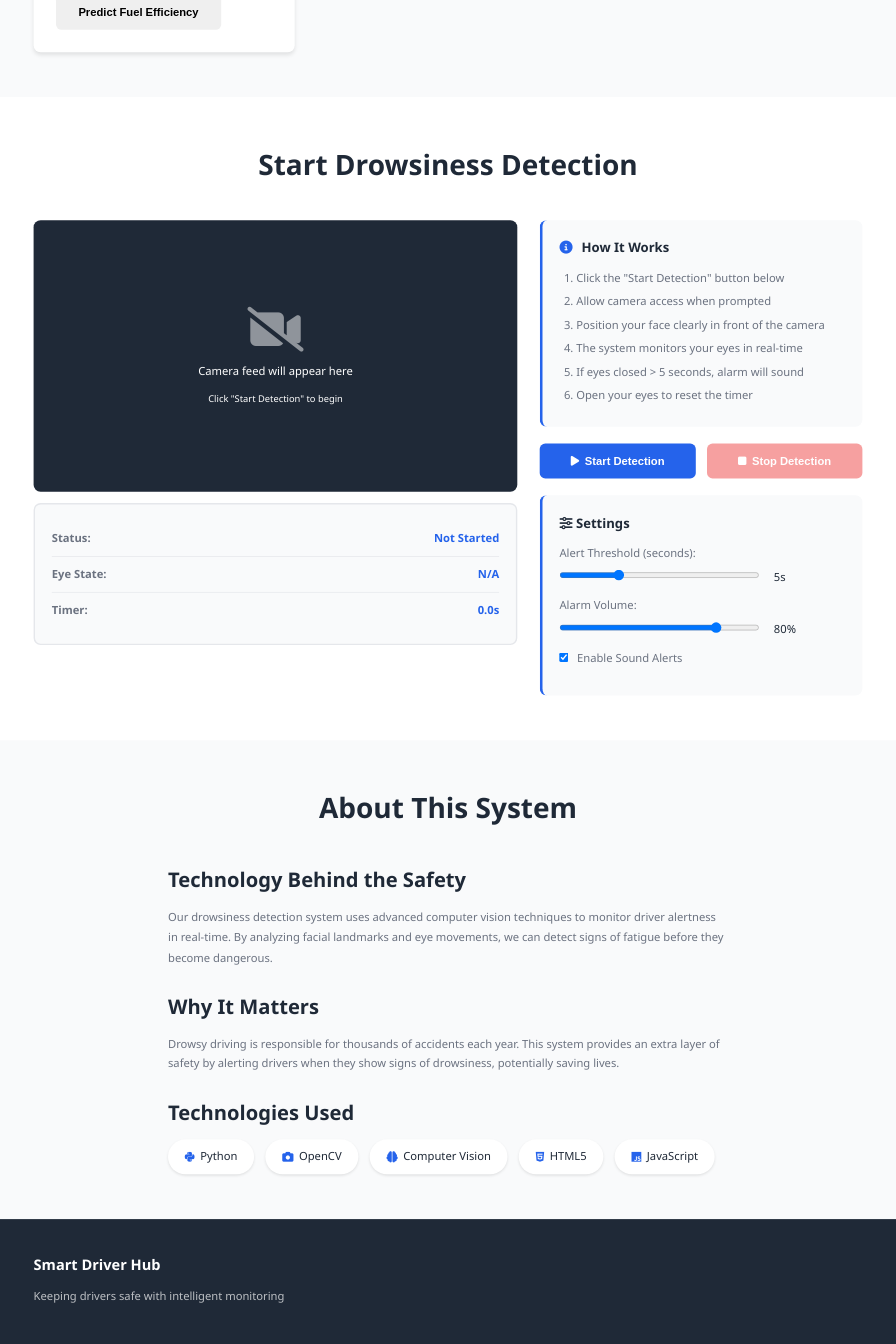
Repository: shravanramakunja/drowsy-detector
Page: web/index.html
These files come from the project's save history. The page is drawn as it stood at one moment and after the next save; the edit follows.
The browser window is 1280 px wide. The pictures show the part of the page from y = 1462 to 3382 px (the page is 3382 px tall before and 3203 px after), at 70% of full size.

Above is the page before, as saved 2025-10-16 14:47:20.

### web/index.html
<!DOCTYPE html>
<html lang="en">
<head>
    <meta charset="UTF-8">
    <meta name="viewport" content="width=device-width, initial-scale=1.0">
    <title>Smart Driver Hub - Drowsiness Detection</title>
    <link rel="stylesheet" href="styles.css">
    <link rel="stylesheet" href="https://cdnjs.cloudflare.com/ajax/libs/font-awesome/6.4.0/css/all.min.css">
</head>
<body>
    <div class="container">
        <!-- Header -->
        <header class="header">
            <div class="logo">
                <i class="fas fa-car"></i>
                <h1>Smart Driver Hub</h1>
            </div>
            <nav class="nav">
                <a href="#home" class="nav-link active">Home</a>
                <a href="#features" class="nav-link">Features</a>
                <a href="#detection" class="nav-link">Detection</a>
                <a href="#about" class="nav-link">About</a>
            </nav>
        </header>

        <!-- Hero Section -->
        <section id="home" class="hero">
            <div class="hero-content">
                <h2 class="hero-title">Drive Safe, Stay Alert</h2>
                <p class="hero-subtitle">Real-time drowsiness detection system to keep you safe on the road</p>
                <div class="hero-stats">
                    <div class="stat">
                        <i class="fas fa-shield-alt"></i>
                        <h3>100%</h3>
                        <p>Safety First</p>
                    </div>
                    <div class="stat">
                        <i class="fas fa-clock"></i>
                        <h3>Real-time</h3>
                        <p>Detection</p>
                    </div>
                    <div class="stat">
                        <i class="fas fa-bell"></i>
                        <h3>Instant</h3>
                        <p>Alerts</p>
                    </div>
                </div>
            </div>
        </section>

        <!-- Features Section -->
        <section id="features" class="features">
            <h2 class="section-title">Key Features</h2>
            <div class="features-grid">
                <div class="feature-card">
                    <i class="fas fa-eye"></i>
                    <h3>Eye Tracking</h3>
                    <p>Advanced eye detection using OpenCV to monitor your alertness</p>
                </div>
                <div class="feature-card">
                    <i class="fas fa-stopwatch"></i>
                    <h3>5-Second Detection</h3>
                    <p>Triggers alarm if eyes are closed for more than 5 seconds</p>
                </div>
                <div class="feature-card">
                    <i class="fas fa-volume-up"></i>
                    <h3>Audio Alerts</h3>
                    <p>Loud alarm sound to wake you up immediately</p>
                </div>
                <div class="feature-card">
                    <i class="fas fa-video"></i>
                    <h3>Live Video Feed</h3>
                    <p>Real-time camera monitoring with visual indicators</p>
                </div>
                <div class="feature-card">
                    <i class="fas fa-chart-line"></i>
                    <h3>Timer Display</h3>
                    <p>Shows countdown of how long eyes have been closed</p>
                </div>
                <div class="feature-card">
                    <i class="fas fa-cog"></i>
                    <h3>Easy to Use</h3>
                    <p>Simple interface with quick start and stop controls</p>
                </div>
                <!-- Fuel efficiency quick card -->
                <div class="feature-card">
                    <i class="fas fa-gas-pump"></i>
                    <h3>Fuel Efficiency Predictor</h3>
                    <p>Quickly estimate fuel efficiency based on vehicle data (demo)</p>
                    <button class="btn btn-secondary" id="predictBtn" onclick="openFuelModal()">Predict Fuel Efficiency</button>
                </div>
            </div>
        </section>

        <!-- Detection Section -->
        <section id="detection" class="detection">
            <h2 class="section-title">Start Drowsiness Detection</h2>
            <div class="detection-container">
                <div class="video-section">
                    <div class="video-placeholder" id="videoPlaceholder">
                        <i class="fas fa-video-slash"></i>
                        <p>Camera feed will appear here</p>
                        <small>Click "Start Detection" to begin</small>
                    </div>
                    <div class="status-panel">
                        <div class="status-item">
                            <span class="status-label">Status:</span>
                            <span class="status-value" id="statusValue">Not Started</span>
                        </div>
                        <div class="status-item">
                            <span class="status-label">Eye State:</span>
                            <span class="status-value" id="eyeState">N/A</span>
                        </div>
                        <div class="status-item">
                            <span class="status-label">Timer:</span>
                            <span class="status-value" id="timerValue">0.0s</span>
                        </div>
                    </div>
                </div>

                <div class="control-section">
                    <div class="info-box">
                        <h3><i class="fas fa-info-circle"></i> How It Works</h3>
                        <ol>
                            <li>Click the "Start Detection" button below</li>
                            <li>Allow camera access when prompted</li>
                            <li>Position your face clearly in front of the camera</li>
                            <li>The system monitors your eyes in real-time</li>
                            <li>If eyes closed &gt; 5 seconds, alarm will sound</li>
                            <li>Open your eyes to reset the timer</li>
                        </ol>
                    </div>

                    <div class="button-group">
                        <button class="btn btn-primary" id="startBtn" onclick="startDetection()">
                            <i class="fas fa-play"></i> Start Detection
                        </button>
                        <button class="btn btn-danger" id="stopBtn" onclick="stopDetection()" disabled>
                            <i class="fas fa-stop"></i> Stop Detection
                        </button>
                    </div>

                    <div class="settings-box">
                        <h3><i class="fas fa-sliders-h"></i> Settings</h3>
                        <div class="setting-item">
                            <label for="thresholdSlider">Alert Threshold (seconds):</label>
                            <input type="range" id="thresholdSlider" min="3" max="10" value="5" step="1">
                            <span id="thresholdValue">5</span>s
                        </div>
                        <div class="setting-item">
                            <label for="volumeSlider">Alarm Volume:</label>
                            <input type="range" id="volumeSlider" min="0" max="100" value="80" step="10">
                            <span id="volumeValue">80</span>%
                        </div>
                        <div class="setting-item">
                            <label>
                                <input type="checkbox" id="soundToggle" checked>
                                Enable Sound Alerts
                            </label>
                        </div>
                    </div>

                    <div class="alert-box" id="alertBox" style="display: none;">
                        <i class="fas fa-exclamation-triangle"></i>
                        <strong>DROWSINESS ALERT!</strong>
                        <p>Wake up! Your eyes have been closed too long.</p>
                    </div>
                </div>
            </div>
        </section>

        <!-- Fuel Prediction Modal -->
        <div id="fuelModal" class="modal" style="display:none;">
            <div class="modal-content">
                <span class="close" onclick="closeFuelModal()">&times;</span>
                <h3>Predict Fuel Efficiency (Demo)</h3>
                <p>Enter basic vehicle info to see a demo estimate.</p>
                <div class="form-grid">
                    <label>Engine Size (L)</label>
                    <input id="engineSize" type="number" step="0.1" value="2.0">
                    <label>Vehicle Weight (kg)</label>
                    <input id="vehicleWeight" type="number" value="1500">
                    <label>Horsepower (HP)</label>
                    <input id="horsepower" type="number" value="140">
                    <label>Transmission (0=Auto,1=Manual)</label>
                    <input id="transmission" type="number" value="0">
                    <label>Vehicle Type</label>
                    <select id="vehicleType">
                        <option value="sedan" selected>Sedan</option>
                        <option value="suv">SUV</option>
                        <option value="hatchback">Hatchback</option>
                        <option value="truck">Truck</option>
                        <option value="coupe">Coupe</option>
                        <option value="electric">Electric</option>
                    </select>
                </div>
                <div class="progress-bar" id="predictProgress" style="display:none;">
                    <div class="progress-fill" id="progressFill" style="width:0%"></div>
                </div>
                <div class="result-box" id="predictResult" style="display:none;">
                    <h4>Estimated Fuel Efficiency</h4>
                    <p id="fuelValue">-- km/l</p>
                    <div class="result-stats">
                        <div>City: <strong id="cityVal">--</strong></div>
                        <div>Highway: <strong id="highwayVal">--</strong></div>
                    </div>
                </div>
                <div class="modal-actions">
                    <button class="btn btn-primary" onclick="runFuelPrediction()">Predict</button>
                    <button class="btn" onclick="resetFuelModal()">Reset</button>
                </div>
            </div>
        </div>

        <!-- About Section -->
        <section id="about" class="about">
            <h2 class="section-title">About This System</h2>
            <div class="about-content">
                <div class="about-text">
                    <h3>Technology Behind the Safety</h3>
                    <p>Our drowsiness detection system uses advanced computer vision techniques to monitor driver alertness in real-time. By analyzing facial landmarks and eye movements, we can detect signs of fatigue before they become dangerous.</p>

                    <h3>Why It Matters</h3>
                    <p>Drowsy driving is responsible for thousands of accidents each year. This system provides an extra layer of safety by alerting drivers when they show signs of drowsiness, potentially saving lives.</p>

                    <h3>Technologies Used</h3>
                    <ul class="tech-list">
                        <li><i class="fab fa-python"></i> Python</li>
                        <li><i class="fas fa-camera"></i> OpenCV</li>
                        <li><i class="fas fa-brain"></i> Computer Vision</li>
                        <li><i class="fab fa-html5"></i> HTML5</li>
                        <li><i class="fab fa-js"></i> JavaScript</li>
                    </ul>
                </div>
            </div>
        </section>

        <!-- Footer -->
        <footer class="footer">
            <div class="footer-content">
                <div class="footer-section">
                    <h4>Smart Driver Hub</h4>
                    <p>Keeping drivers safe with intelligent monitoring</p>
                </div>


        </footer>
    </div>

    <script src="script.js"></script>
</body>
</html>

### web/styles.css
* {
    margin: 0;
    padding: 0;
    box-sizing: border-box;
}

:root {
    --primary-color: #2563eb;
    --secondary-color: #1e40af;
    --success-color: #10b981;
    --danger-color: #ef4444;
    --warning-color: #f59e0b;
    --dark: #1f2937;
    --light: #f9fafb;
    --gray: #6b7280;
    --border: #e5e7eb;
}

body {
    font-family: 'Segoe UI', Tahoma, Geneva, Verdana, sans-serif;
    line-height: 1.6;
    color: var(--dark);
    background: linear-gradient(135deg, #667eea 0%, #764ba2 100%);
    min-height: 100vh;
}

.container {
    max-width: 1400px;
    margin: 0 auto;
    background: white;
    box-shadow: 0 20px 60px rgba(0,0,0,0.3);
}

/* Header */
.header {
    display: flex;
    justify-content: space-between;
    align-items: center;
    padding: 1.5rem 3rem;
    background: linear-gradient(135deg, var(--primary-color), var(--secondary-color));
    color: white;
    box-shadow: 0 4px 6px rgba(0,0,0,0.1);
}

.logo {
    display: flex;
    align-items: center;
    gap: 1rem;
}

.logo i {
    font-size: 2rem;
}

.logo h1 {
    font-size: 1.8rem;
    font-weight: 700;
}

.nav {
    display: flex;
    gap: 2rem;
}

.nav-link {
    color: white;
    text-decoration: none;
    font-weight: 500;
    transition: all 0.3s;
    padding: 0.5rem 1rem;
    border-radius: 5px;
}

.nav-link:hover,
.nav-link.active {
    background: rgba(255,255,255,0.2);
}

/* Hero Section */
.hero {
    padding: 4rem 3rem;
    background: linear-gradient(135deg, #667eea 0%, #764ba2 100%);
    color: white;
    text-align: center;
}

.hero-title {
    font-size: 3rem;
    margin-bottom: 1rem;
    font-weight: 800;
}

.hero-subtitle {
    font-size: 1.3rem;
    margin-bottom: 3rem;
    opacity: 0.9;
}

.hero-stats {
    display: flex;
    justify-content: center;
    gap: 4rem;
    flex-wrap: wrap;
}

.stat {
    text-align: center;
}

.stat i {
    font-size: 3rem;
    margin-bottom: 1rem;
}

.stat h3 {
    font-size: 2rem;
    margin-bottom: 0.5rem;
}

/* Section Styles */
.section-title {
    text-align: center;
    font-size: 2.5rem;
    margin-bottom: 3rem;
    color: var(--dark);
    font-weight: 700;
}

/* Features Section */
.features {
    padding: 4rem 3rem;
    background: var(--light);
}

.features-grid {
    display: grid;
    grid-template-columns: repeat(auto-fit, minmax(300px, 1fr));
    gap: 2rem;
}

.feature-card {
    background: white;
    padding: 2rem;
    border-radius: 10px;
    box-shadow: 0 4px 6px rgba(0,0,0,0.1);
    transition: transform 0.3s, box-shadow 0.3s;
    text-align: center;
}

.feature-card:hover {
    transform: translateY(-5px);
    box-shadow: 0 10px 20px rgba(0,0,0,0.15);
}

.feature-card i {
    font-size: 3rem;
    color: var(--primary-color);
    margin-bottom: 1rem;
}

.feature-card h3 {
    font-size: 1.5rem;
    margin-bottom: 1rem;
    color: var(--dark);
}

.feature-card p {
    color: var(--gray);
}

/* Detection Section */
.detection {
    padding: 4rem 3rem;
    background: white;
}

.detection-container {
    display: grid;
    grid-template-columns: 1.5fr 1fr;
    gap: 2rem;
}

.video-section {
    display: flex;
    flex-direction: column;
    gap: 1rem;
}

.video-placeholder {
    background: var(--dark);
    color: white;
    aspect-ratio: 16/9;
    border-radius: 10px;
    display: flex;
    flex-direction: column;
    justify-content: center;
    align-items: center;
    gap: 1rem;
    padding: 2rem;
}

.video-placeholder i {
    font-size: 4rem;
    opacity: 0.5;
}

.status-panel {
    background: var(--light);
    padding: 1.5rem;
    border-radius: 10px;
    border: 2px solid var(--border);
}

.status-item {
    display: flex;
    justify-content: space-between;
    padding: 0.75rem 0;
    border-bottom: 1px solid var(--border);
}

.status-item:last-child {
    border-bottom: none;
}

.status-label {
    font-weight: 600;
    color: var(--gray);
}

.status-value {
    font-weight: 700;
    color: var(--primary-color);
}

.control-section {
    display: flex;
    flex-direction: column;
    gap: 1.5rem;
}

.info-box,
.settings-box {
    background: var(--light);
    padding: 1.5rem;
    border-radius: 10px;
    border-left: 4px solid var(--primary-color);
}

.info-box h3,
.settings-box h3 {
    margin-bottom: 1rem;
    color: var(--dark);
}

.info-box i {
    color: var(--primary-color);
    margin-right: 0.5rem;
}

.info-box ol {
    padding-left: 1.5rem;
}

.info-box li {
    margin-bottom: 0.5rem;
    color: var(--gray);
}

.button-group {
    display: flex;
    gap: 1rem;
}

.btn {
    flex: 1;
    padding: 1rem 2rem;
    border: none;
    border-radius: 8px;
    font-size: 1rem;
    font-weight: 600;
    cursor: pointer;
    transition: all 0.3s;
    display: flex;
    align-items: center;
    justify-content: center;
    gap: 0.5rem;
}

.btn:disabled {
    opacity: 0.5;
    cursor: not-allowed;
}

.btn-primary {
    background: var(--primary-color);
    color: white;
}

.btn-primary:hover:not(:disabled) {
    background: var(--secondary-color);
    transform: translateY(-2px);
    box-shadow: 0 4px 8px rgba(0,0,0,0.2);
}

.btn-danger {
    background: var(--danger-color);
    color: white;
}

.btn-danger:hover:not(:disabled) {
    background: #dc2626;
    transform: translateY(-2px);
    box-shadow: 0 4px 8px rgba(0,0,0,0.2);
}

.setting-item {
    margin-bottom: 1rem;
}

.setting-item label {
    display: block;
    margin-bottom: 0.5rem;
    color: var(--gray);
    font-weight: 500;
}

.setting-item input[type="range"] {
    width: 70%;
    margin-right: 1rem;
}

.setting-item input[type="checkbox"] {
    margin-right: 0.5rem;
}

.alert-box {
    background: var(--danger-color);
    color: white;
    padding: 1.5rem;
    border-radius: 10px;
    text-align: center;
    animation: pulse 1s infinite;
}

.alert-box i {
    font-size: 2rem;
    display: block;
    margin-bottom: 0.5rem;
}

@keyframes pulse {
    0%, 100% { opacity: 1; }
    50% { opacity: 0.7; }
}

/* About Section */
.about {
    padding: 4rem 3rem;
    background: var(--light);
}

.about-content {
    max-width: 800px;
    margin: 0 auto;
}

.about-text h3 {
    color: var(--dark);
    margin: 2rem 0 1rem;
    font-size: 1.8rem;
}

.about-text p {
    color: var(--gray);
    margin-bottom: 1.5rem;
    line-height: 1.8;
}

.tech-list {
    list-style: none;
    display: flex;
    flex-wrap: wrap;
    gap: 1rem;
}

.tech-list li {
    background: white;
    padding: 0.75rem 1.5rem;
    border-radius: 25px;
    box-shadow: 0 2px 4px rgba(0,0,0,0.1);
    display: flex;
    align-items: center;
    gap: 0.5rem;
}

.tech-list i {
    color: var(--primary-color);
}

/* Footer */
.footer {
    background: var(--dark);
    color: white;
    padding: 3rem 3rem 1rem;
}

.footer-content {
    display: grid;
    grid-template-columns: repeat(auto-fit, minmax(250px, 1fr));
    gap: 2rem;
    margin-bottom: 2rem;
}

.footer-section h4 {
    margin-bottom: 1rem;
    font-size: 1.3rem;
}

.footer-section a {
    display: block;
    color: rgba(255,255,255,0.7);
    text-decoration: none;
    margin-bottom: 0.5rem;
    transition: color 0.3s;
}

.footer-section a:hover {
    color: white;
}

.footer-section p {
    color: rgba(255,255,255,0.7);
    margin-bottom: 0.5rem;
}

.footer-section i {
    margin-right: 0.5rem;
}

.footer-bottom {
    text-align: center;
    padding-top: 2rem;
    border-top: 1px solid rgba(255,255,255,0.1);
    color: rgba(255,255,255,0.5);
}

/* Responsive Design */
@media (max-width: 768px) {
    .header {
        flex-direction: column;
        gap: 1rem;
    }

    .nav {
        flex-wrap: wrap;
        justify-content: center;
    }

    .hero-title {
        font-size: 2rem;
    }

    .detection-container {
        grid-template-columns: 1fr;
    }

    .button-group {
        flex-direction: column;
    }
}

/* Modal for fuel prediction */
.modal {
    position: fixed;
    z-index: 9999;
    left: 0;
    top: 0;
    width: 100%;
    height: 100%;
    overflow: auto;
    background-color: rgba(0,0,0,0.5);
    display: flex;
    align-items: center;
    justify-content: center;
}
.modal-content {
    background: white;
    padding: 1.5rem;
    border-radius: 10px;
    width: 520px;
    max-width: 95%;
    box-shadow: 0 10px 30px rgba(0,0,0,0.2);
}
.modal .close {
    float: right;
    font-size: 1.5rem;
    cursor: pointer;
}
.form-grid {
    display: grid;
    grid-template-columns: 1fr 1fr;
    gap: 0.75rem 1rem;
    margin: 1rem 0;
}
.form-grid label { font-weight: 600; color: var(--gray); }
.form-grid input { padding: 0.5rem; border: 1px solid var(--border); border-radius: 6px; }
.modal-actions { display:flex; gap:0.75rem; justify-content:flex-end; margin-top:1rem; }
.progress-bar { background: var(--light); border-radius: 6px; overflow: hidden; height: 12px; margin: 0.5rem 0; border:1px solid var(--border); }
.progress-fill { height:100%; background: linear-gradient(90deg,var(--primary-color),var(--secondary-color)); width:0%; transition:width 0.2s; }
.result-box { background:#f8fafc; padding:0.75rem; border-radius:8px; border:1px solid var(--border); margin-top:0.5rem; }
.result-box h4 { margin-bottom:0.5rem; }
.result-stats { display:flex; gap:1rem; margin-top:0.5rem; }

Loaded but not shown: web/script.js (286 lines, source omitted)

After the next save:
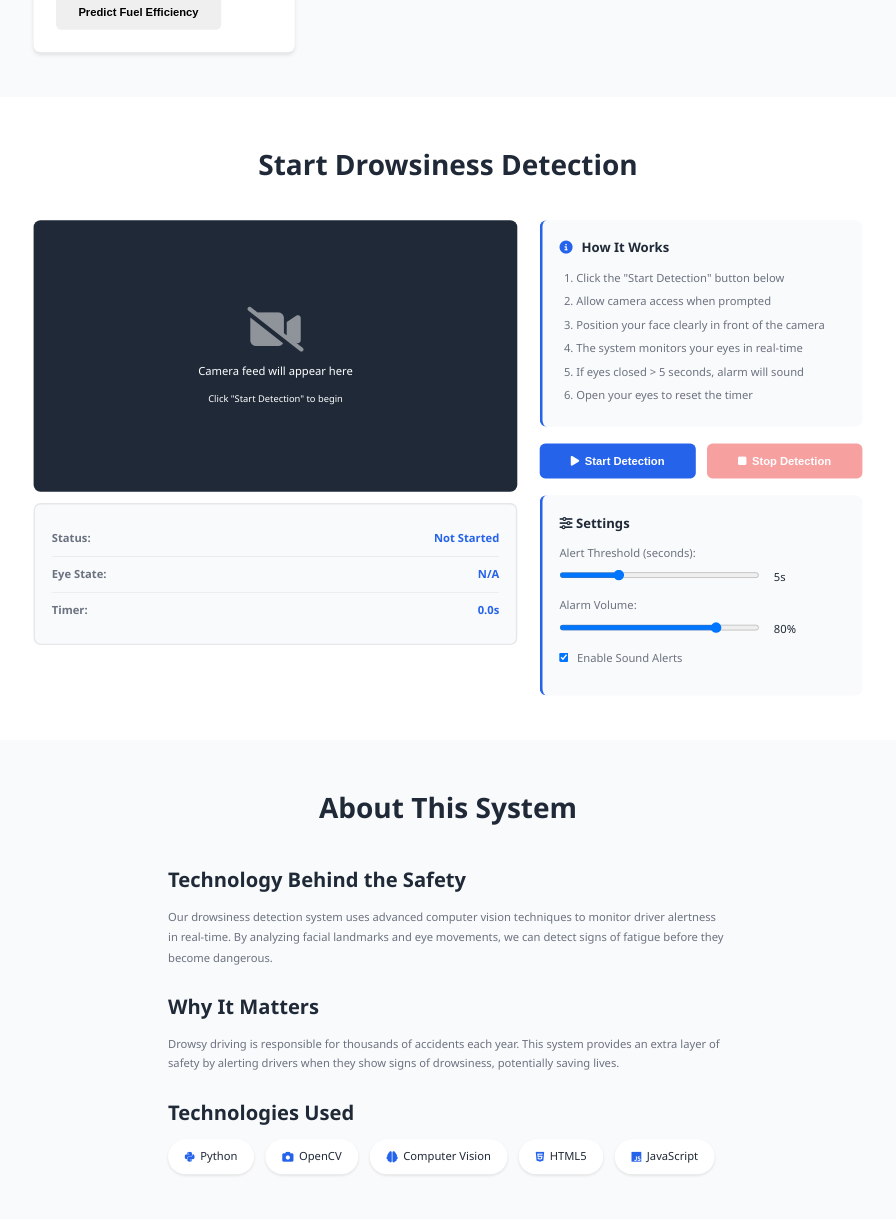
Saved 31 s later.
--- a/web/index.html
+++ b/web/index.html
@@ -236,15 +236,7 @@
         </section>
 
         <!-- Footer -->
-        <footer class="footer">
-            <div class="footer-content">
-                <div class="footer-section">
-                    <h4>Smart Driver Hub</h4>
-                    <p>Keeping drivers safe with intelligent monitoring</p>
-                </div>
-
-
-        </footer>
+
     </div>
 
     <script src="script.js"></script>
